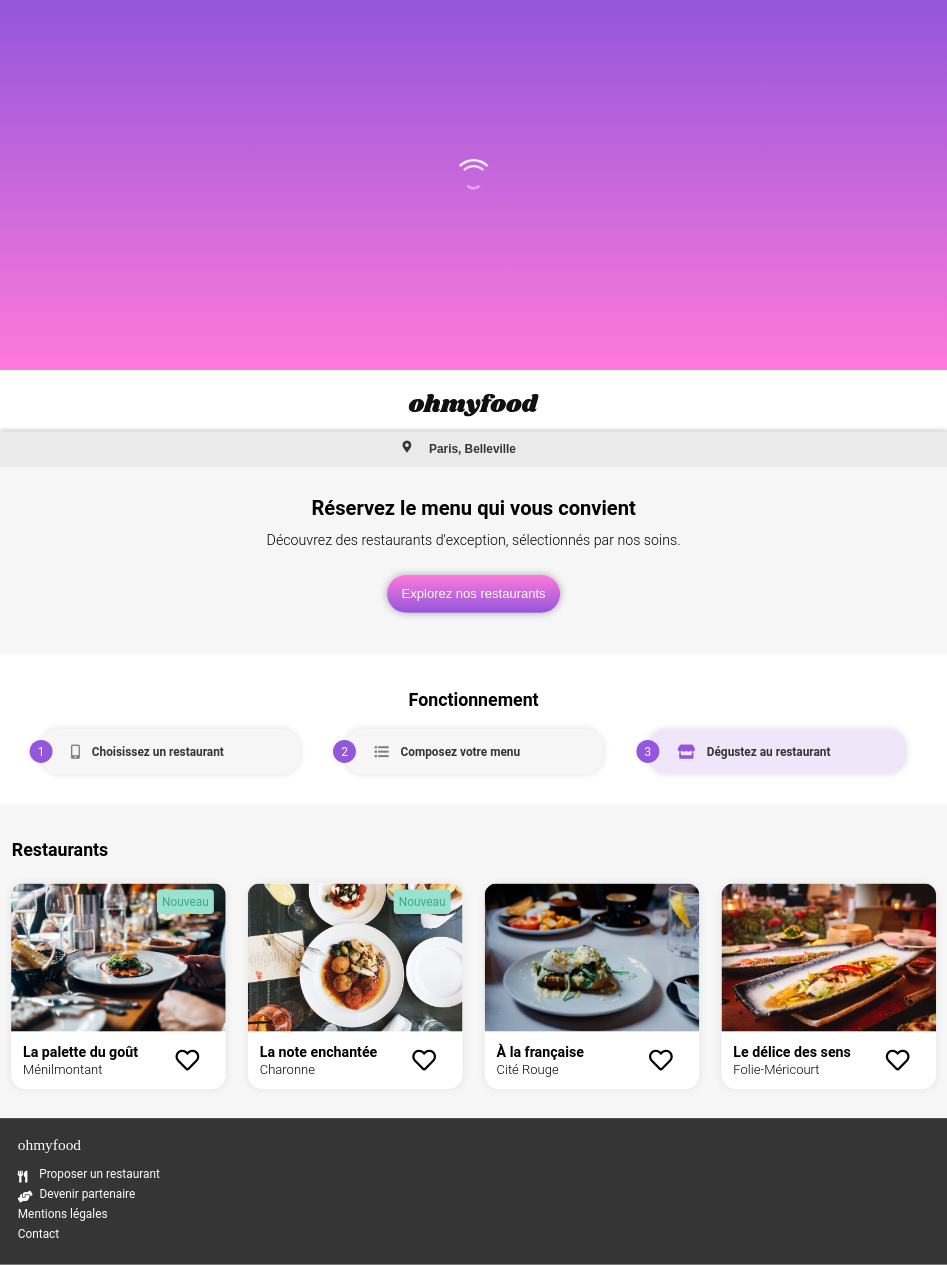
Repository: AlexisTisserand/AlexisTisserand_3_24112020
Page: index.html
The author's editor kept a copy of each file at every save. The page is drawn from the files as they stood at one save, then again after the next save.
The browser window is 1280 px wide. The pictures show the whole page, at 74% of full size.
Some web libraries are served in a nearby version. The style sheet was rebuilt from its Sass, Less or Tailwind sources for each picture, by a compiler version that may differ from the author's.

Above is the page before, as saved 2020-12-09 15:51:43.

After the next save:
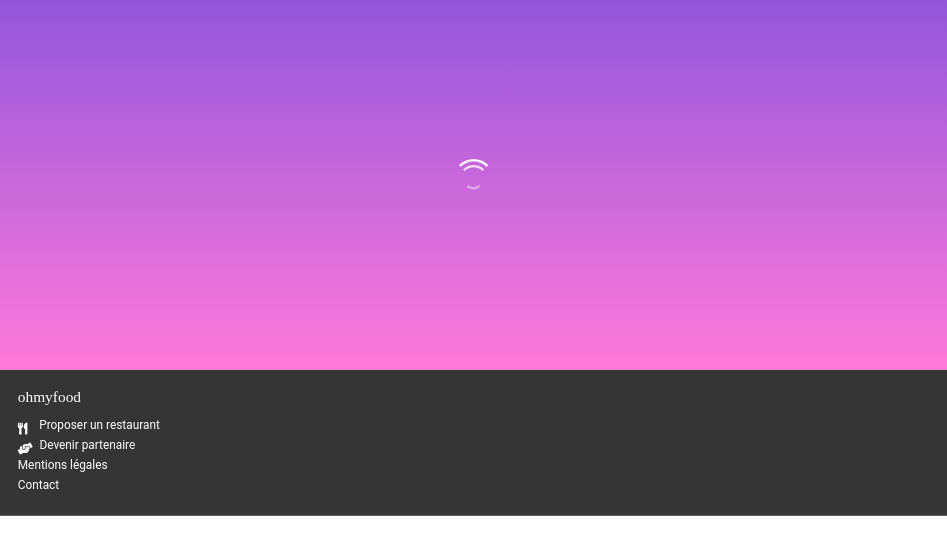
Saved 25 s later.
--- a/index.html
+++ b/index.html
@@ -22,7 +22,7 @@
 
 
 
-<div id="bloc-page">
+<div id="bloc-page" style="display: none;">
 
 <!--HEADER-->
 
